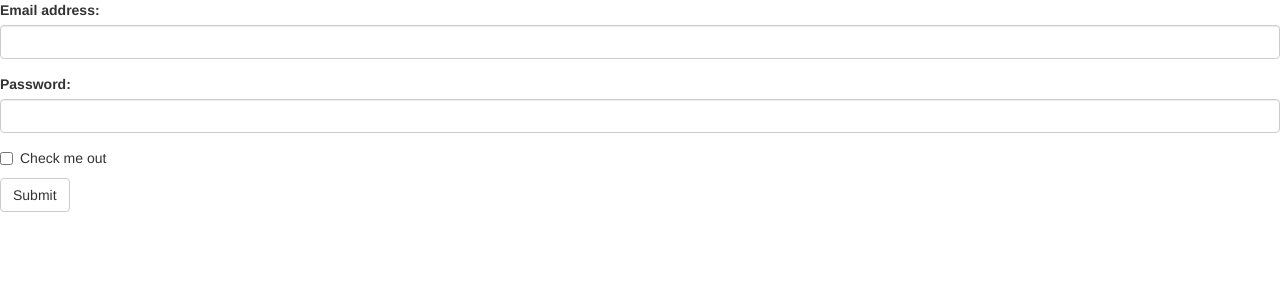
Repository: vaibhavkri/Trendnxt-Projects
Page: bootstrap/Bootstrap– L3 Assignment/Topic 6 HTML Forms/Assignment1.html
These files come from the project's save history. The page is drawn as it stood at one moment and after the next save; the edit follows.
The browser window is 1280 px wide. The pictures show the whole page.

Above is the page before, as saved 2018-10-23 14:28:27.

After the next save:
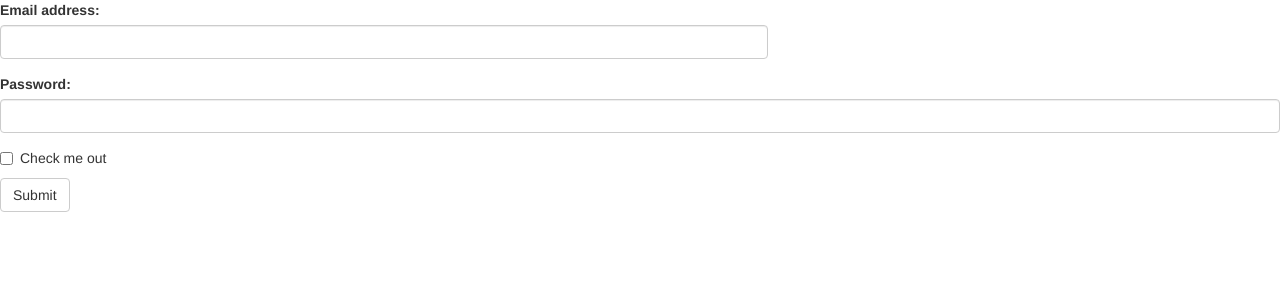
Saved 30 min 9 s later.
--- a/bootstrap/Bootstrap– L3 Assignment/Topic 6 HTML Forms/Assignment1.html
+++ b/bootstrap/Bootstrap– L3 Assignment/Topic 6 HTML Forms/Assignment1.html
@@ -8,6 +8,15 @@
     <link rel="stylesheet" href="https://maxcdn.bootstrapcdn.com/bootstrap/3.3.7/css/bootstrap.min.css">
     <script src="https://ajax.googleapis.com/ajax/libs/jquery/3.3.1/jquery.min.js"></script>
     <script src="https://maxcdn.bootstrapcdn.com/bootstrap/3.3.7/js/bootstrap.min.js"></script>
+    <style>
+        #email {
+            width: 60%;
+        }
+    </style>
+
+
+
+
 
 </head>
 
